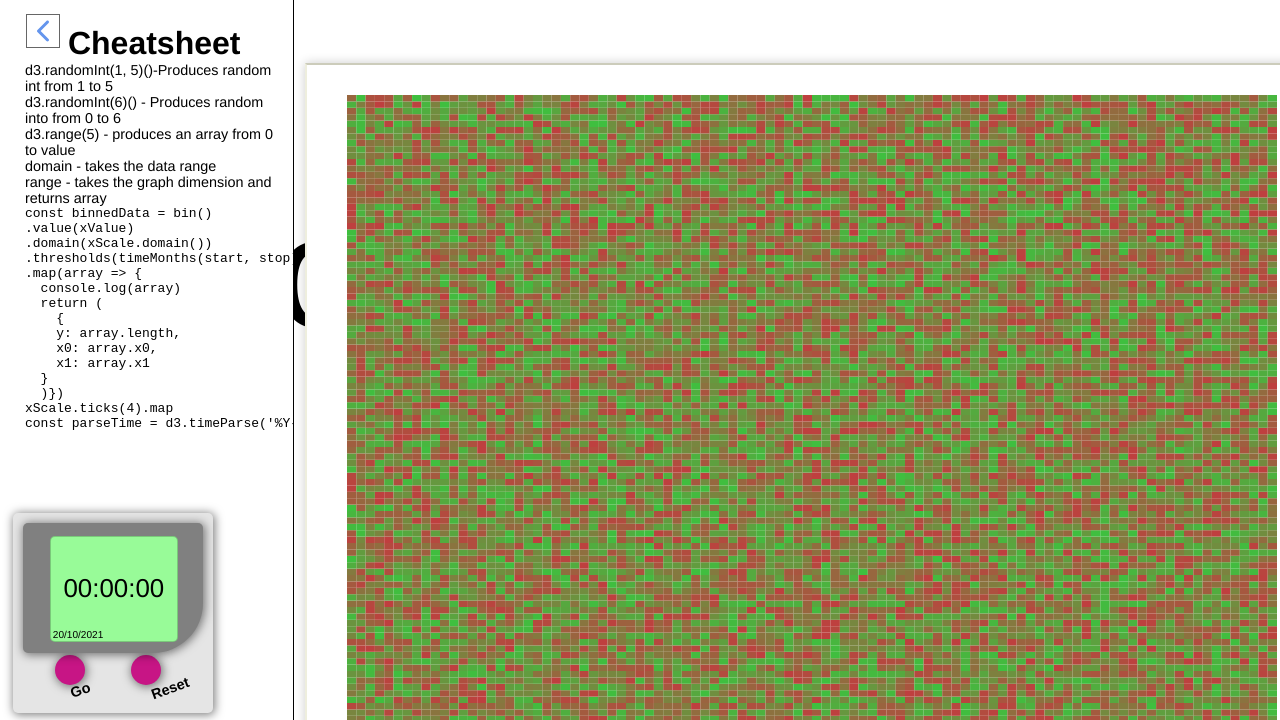
Repository: Lewisjohnward/100-days-of-d3
Page: /
An editor plug-in stored every save of this project. The page is shown before and after the next save, followed by the edit.
The browser window is 1280 px wide. The pictures show the whole page.
The page's requests for data from a server got no answer. The project was rebuilt for these pictures with package versions that can differ from the ones it lists, and the page was loaded fresh each time. No one was signed in, and anything a server would have sent is missing. Also part of the build but not shown: src/charts/chart1/styles.js, src/charts/chart1/Chart.js, src/charts/chart2/useGetData.js, src/charts/chart2/styles.js, src/charts/chart2/Chart.js, src/charts/chart3/useGetData.js, src/charts/chart3/styles.js, src/charts/chart3/Chart.js and 3 more.

Above is the page before, as saved 2021-10-20 16:56:23.

### src/App.js
import { useState } from "react";
import { IoIosArrowForward } from "react-icons/io";
import styled from "styled-components";
import { Chart1, Chart2, Chart3, Chart4, Chart5 } from "./charts/index.js";
import { Hello } from "./components/HelloD3";
import { Navbar } from "./components/Navbar.js";

const BodyContainer = styled.div`
  position: relative;
  z-index: 99;
  display: flex;
  height: ${({ height }) => height}px;
  overflow: hidden;
`;

const ChartGrid = styled.div`
  display: grid;
  overflow: scroll;
  grid-template-columns: repeat(3, 400px);
  grid-template-rows: repeat(2, 400px);
  justify-content: center;
  align-items: start;
  align-content: start;
  grid-gap: 0px;
  padding: 1%;
`;

const View = styled.div`
  width: 75%;
  padding: 1%;
`;

const Icon = styled(IoIosArrowForward)`
  position: absolute;
  bottom: 5%;
  right: 40%;
  font-size: 2em;
  transform: rotate(90deg);
  cursor: pointer;
  border: 1px solid black;
`;

const SingleView = styled.div``;

const height = window.innerHeight;

function App() {
  const [gridView, setGridView] = useState(false);
  return (
    <BodyContainer height={height}>
      <Hello />
      <Navbar />
      <View>
        {gridView ? (
          <ChartGrid>
            <Chart1 />
            <Chart2 />
            <Chart3 />
            <Chart4 />

          </ChartGrid>
        ) : (
          <SingleView>
            <Chart5 />
          </SingleView>
        )}
      </View>
      <Icon onClick={() => setGridView((prev) => !prev)} />
    </BodyContainer>
  );
}

export default App;

### src/index.css
*{
    margin: 0;
    padding: 0;
}

body {
    font-family: Helvetica, "Trebuchet MS", Verdana, sans-serif;
}

### src/charts/index.js
export { Test as Chart1} from "./chart1/Chart"
export { Chart as Chart2} from "./chart2/Chart"
export { Chart as Chart3} from "./chart3/Chart"
export { Chart as Chart4} from "./chart4/Chart"
export { Chart as Chart5} from "./chart5/Chart"

### src/components/HelloD3.js
import { useState } from "react";
import styled, { keyframes } from "styled-components";

const letterAnimation = keyframes`
    0% {transform: rotate(0deg);}
    20% {transform: rotate(-45deg);}
    100% {transform: rotate(-45deg);}
`;

const TextContainer = styled.div`
  position: absolute;
  top: 25%;
  display: flex;
  font-size: 10em;

`;

const LetterContainer = styled.div`
  &.fallanimation {
    transition: transform 1s;
    transform: translateY(942px);
  }

  p {
    font-weight: ${({bold}) => bold ? 600: 300};
    &.fallanimation {
      animation: ${letterAnimation} ease-out 1s forwards;
    }
  }
`;

const word = "Hello";
const d3 = "D3"
const d3Array = d3.split("");
const wordArray = word.split("");
const height = window.innerHeight;

export const Hello = () => {
  return (
    <TextContainer>
      {wordArray.map((d) => (
        <Letter letter={d} />
      ))}
      {d3Array.map((d) => (
        <Letter letter={d} bold={true}/>
      ))}
    </TextContainer>
  );
};

const Letter = ({ letter, bold}) => {
  const [visible, setVisible] = useState(true);

  const handleMouseEnter = () => {
    setVisible((prev) => !prev);
  };

  return (
    <LetterContainer className={!visible && "fallanimation"} height={height} bold={bold}>
      <p
        className={!visible && "fallanimation"}
        onMouseEnter={() => handleMouseEnter()}
      >
        {letter}
      </p>
    </LetterContainer>
  );
};

### src/components/Navbar.js
import { useState } from "react";
import styled from "styled-components";
import { TimerComponent as Timer } from "./Timer";
import { IoIosArrowBack, IoMdHelp } from "react-icons/io";

const NavContainer = styled.div`
  height: 100%;
  width: 25%;
  overflow: hidden;
  background: white;
  padding: 25px 10px 25px 25px;
  border-right: 1px solid black;
  > p {
    font-size: 0.9em;
  }

  &.open {
    transition: all 1s ease-in;
    transform: translateX(0px);
  }
  &.close {
    transition: all 1s ease-in;
    transform: translateX(-100%);
  }
`;

const Title = styled.div`
  font-size: 2em;
  font-weight: 700;
  text-align: center;
`;

const Icon = styled(IoMdHelp)`
  position: absolute;
  left: 2%;
  top: 2%;
  z-index: 1;
  font-size: 2em;
  color: cornflowerblue;
  cursor: pointer;
  border: 1px solid rgba(0, 0, 0, 0.6);
`;
const CloseIcon = styled(IoIosArrowBack)`
  position: absolute;
  left: 2%;
  top: 2%;
  z-index: 1;
  font-size: 2em;
  color: cornflowerblue;
  cursor: pointer;
  border: 1px solid rgba(0, 0, 0, 0.6);
`;

const code = `const binnedData = bin()
.value(xValue)
.domain(xScale.domain())
.thresholds(timeMonths(start, stop))(data)
.map(array => {
  console.log(array)
  return (
    {
    y: array.length,
    x0: array.x0,
    x1: array.x1
  }
  )})`;

export const Navbar = () => {
  const [visible, setVisible] = useState(true);
  return (
    <>
      {visible ? (
        <CloseIcon onClick={() => setVisible((prev) => !prev)} />
      ) : (
        <Icon onClick={() => setVisible((prev) => !prev)} />
      )}
      <NavContainer className={visible ? "open" : "close"}>
        <Title>Cheatsheet</Title>
        <p>d3.randomInt(1, 5)()-Produces random int from 1 to 5</p>
        <p>d3.randomInt(6)() - Produces random into from 0 to 6</p>
        <p>d3.range(5) - produces an array from 0 to value</p>
        <p>domain - takes the data range</p>
        <p>range - takes the graph dimension and returns array</p>
        <pre>
          <code>{code}</code>
        </pre>
        <pre>
          <code>xScale.ticks(4).map</code>
        </pre>
        <pre>
          <code>const parseTime = d3.timeParse('%Y-%m-%d');</code>
        </pre>
      </NavContainer>
      <Timer />
    </>
  );
};

### src/charts/chart5/Chart.js
import { useState } from "react";
import { useGetData } from "./useGetData";
import {
  randomInt,
  range,
  scaleLinear,
  scaleTime,
  max,
  bin,
  extent,
  timeMonths,
  sum,
  scaleBand,
  timeFormat,
} from "d3";
import {
  Frame,
  Svg,
  ChartContainer,
  Description,
  DescriptionContainer,
  Signature,
} from "./styles";

const margin = {
  top: 30,
  right: 30,
  bottom: 30,
  left: 40,
};

const height = 700;
const width = 1000;

const innerHeight = height - margin.top - margin.bottom;
const innerWidth = width - margin.left - margin.right;

const array = range(100);
const data = []
array.forEach((d, i) => {
  array.forEach((e, j) => {
    data.push({
      a:d,
      b:j,
      c: Math.floor(Math.random() * 100)
    })
  })
})
console.log(data)
const xValue = d => d.a
const yValue = d => d.b

const xScale = scaleBand()
  .domain(data.map(xValue))
  .range([0, innerWidth]);

  console.log(xScale(5))

const yScale = scaleBand()
  .domain(data.map(yValue))
  .range([innerHeight, 0]);

const colorScale = scaleLinear()
  .domain([0, max(data, d => d.c)])
  .range(["#3FBF3F", "#BF3F3F"])

export const Chart = () => {
  const data1 = useGetData()
  if (!data) {
    return null;
  }

  return (
    <Frame>
      <ChartContainer>
        <Svg height={height} width={width}>
          <g transform={`translate(${margin.left}, ${margin.top})`}>
            {data.map((d) => (
              <g transform={`translate(${xScale(xValue(d))}, ${yScale(yValue(d))})`}>
                <rect
                  height={yScale.bandwidth()}
                  width={xScale.bandwidth()}
                  fill={colorScale(d.c)}
                />
              </g>
            ))}
          </g>
        </Svg>

        <Frame small={"true"}>
          <DescriptionContainer>
            <Description>
              Number of lessons done per month on Italki
            </Description>
            <Description>Cumulative Bar Chart on SVG With D3</Description>
            <Signature>09/10/21 - L Ward</Signature>
          </DescriptionContainer>
        </Frame>
      </ChartContainer>
    </Frame>
  );
};

const Mark = ({ x, y, width, height, fill }) => {
  const [tooltipVisible, setToolTipVisible] = useState(false);

  return (
    <>
      <rect x={x} y={y} width={width} height={height} fill={fill} />
      {tooltipVisible && (
        <rect x={x + 10} y={y - 25} height={50} width={50} rx={5} />
      )}
    </>
  );
};

### src/components/Timer.js
import { useState, useEffect } from "react";
import styled, { keyframes } from "styled-components";

const Icon = styled.div`
  position: absolute;
  bottom: 1%;
  left: 1%;
  height: 200px;
  width: 200px;
  padding: 0px;
  margin: 0px;

  color: black;
  overflow: hidden;
  background: rgb(229, 229, 229);
  opacity: 1;
  text-shadow: none;
  font-weight: 300;
  font-size: 0.9em;
  box-shadow: 1px 1px 10px 1px rgba(0, 0, 0, 0.5);
  border-radius: 5px;
`;

const Container = styled.div`
  height: 100%;
  width: 100%;
  display: flex;
  flex-direction: column;
  justify-content: center;
  align-items: center;
`;

const Timer = styled.div`
  position: relative;
  background: gray;
  height: 65%;
  width: 90%;
  border-radius: 5px 5px 50px 5px;
  box-shadow: 1px 1px 10px 1px rgba(0, 0, 0, 0.5);
`;

const TimerContainer = styled.div`
  position: absolute;
  top: 10%;
  left: 15%;
  height: 80%;
  width: 70%;
  display: flex;
  justify-content: center;
  align-items: center;

  background: palegreen;
  border-radius: 5px;
  border: 1px solid rgba(0, 0, 0, 0.2);
  font-size: 1.8em;
`;

const ButtonContainer = styled.div`
  height: 25%;
  width: 80%;
  display: flex;

  flex-direction: row;
  justify-content: space-around;
  align-items: center;
`;

const Start_StopContainer = styled.div`
  display: flex;
  align-items: center;
  justify-content: center;
  background: mediumvioletred;
  width: 30px;
  height: 30px;
  border-radius: 100%;
  box-shadow: 1px 1px 10px 1px rgba(0, 0, 0, 0.5);
  font-size: 1.2em;
  font-weight: 800;
  cursor: pointer;

  &:active {
    transition: transform 0.1s box-shadow 0.1s;
    transform: translateY(10%);
  }
`;

const ButtonDiv = styled.div`
  font-weight: 600;

  p {
    transform: translate(50%, -30%) rotate(-20deg);
  }
`;

const DateContainer = styled.div`
  position: absolute;
  top: 58%;
  left: 20%;
  font-size: 0.7em;
  text-decoration: italic;

  .today {
    right: 0%;
  }
`;

export const TimerComponent = ({ grid }) => {
  const [seconds, setSeconds] = useState(0);
  const [active, setActive] = useState(false);

  useEffect(() => {
    const seconds = parseInt(localStorage.getItem("seconds-d3")) || 0;
    const active = localStorage.getItem("state-d3") || false;
    setActive(active);
    setSeconds(seconds);
  }, []);

  useEffect(() => {
    if (active) {
      setTimeout(() => {
        setSeconds((prev) => prev + 1);
      }, 1000);
    }
    localStorage.setItem("seconds-d3", seconds);
    localStorage.setItem("state-d3", active);
  }, [active, seconds]);

  function secondsToTime(e) {
    var h = Math.floor(e / 3600)
        .toString()
        .padStart(2, "0"),
      m = Math.floor((e % 3600) / 60)
        .toString()
        .padStart(2, "0"),
      s = Math.floor(e % 60)
        .toString()
        .padStart(2, "0");

    return h + ":" + m + ":" + s;
    //return `${h}:${m}:${s}`;
  }

  return (
    <Icon className={`icon`}>
      <Container>
        <Timer>
          <TimerContainer>{secondsToTime(seconds)}</TimerContainer>
        </Timer>
        <DateContainer>20/10/2021</DateContainer>

        <ButtonContainer>
          <ButtonDiv>
            <Start_StopContainer
              onClick={() => {
                if (!active) {
                  setActive(true);
                }
              }}
            />
            <p>Go</p>
          </ButtonDiv>
          {active ? (
            <ButtonDiv>
              <Start_StopContainer onClick={() => setActive(false)} />
              <p>Stop</p>
            </ButtonDiv>
          ) : (
            <ButtonDiv>
              <Start_StopContainer onClick={() => setSeconds(0)} />
              <p>Reset</p>
            </ButtonDiv>
          )}
        </ButtonContainer>
      </Container>
    </Icon>
  );
};

### src/charts/chart5/useGetData.js
import {useState, useEffect} from "react"
import {json} from "d3"


const url = "https://gist.githubusercontent.com/Lewisjohnward/a6ea968550aa733753f18098e021eee9/raw/a7d7bc30ded4badc5126c4351be03570ce688ce1/scheletri-words.json"
export const useGetData = () => {
    const [data, setData] = useState(null)

    useEffect(() => {
        const row = d => {

            return d
        }

        json(url, row).then(setData)
    }, [])


    return data
}

### src/charts/chart5/styles.js
import styled from "styled-components";

export const Frame = styled.div`
  height: ${({ small }) => (small ? "50px" : "900px")};
  width: ${({ small }) => (small ? "250px" : "1000px")};
  margin: auto;
`;

export const ChartContainer = styled.div`
position: relative;
z-index: 999;
  display: flex;
  flex-direction: column;
  justify-content: space-around;
  align-items: center;
  height: 100%;
  width: 100%;
  padding: 5% 1%;
  box-sizing: border-box;
`;

export const Svg = styled.svg`
  height: ${({ height }) => height}px;
  width: ${({ width }) => width}px;
  background: white;
  box-shadow: 0px 0px 10px 0px rgba(0, 0, 0, 0.2);
  border: solid 2px;
  border-bottom-color: #ffe;
  border-left-color: #eed;
  border-right-color: #eed;
  border-top-color: #ccb;
  font-size: 0.7em;

  line {
    stroke: gray;
    opacity: 0.6;
    shape-rendering: crispEdges;
  }

  text {
    font-style: italic;
    fill: gray;
  }

  .rect {
    fill: seagreen;

    .five{
    fill : crimson;
  }
  }


`;

export const DescriptionContainer = styled.div`
  box-sizing: border-box;
  display: flex;
  flex-direction: column;
  justify-content: space-between;
  width: 100%;
  height: 100%;
  box-shadow: 0px 0px 10px 0px rgba(0, 0, 0, 0.2);
  background: white;
`;

export const Description = styled.p`
  text-align: left;
  font-size: 0.7em;
`;

export const Signature = styled.p`
  text-align: left;
  font-style: italic;
  font-size: 0.6em;
`;

Loaded but not shown: public/index.html (common file); src/index.js (common file)

After the next save:
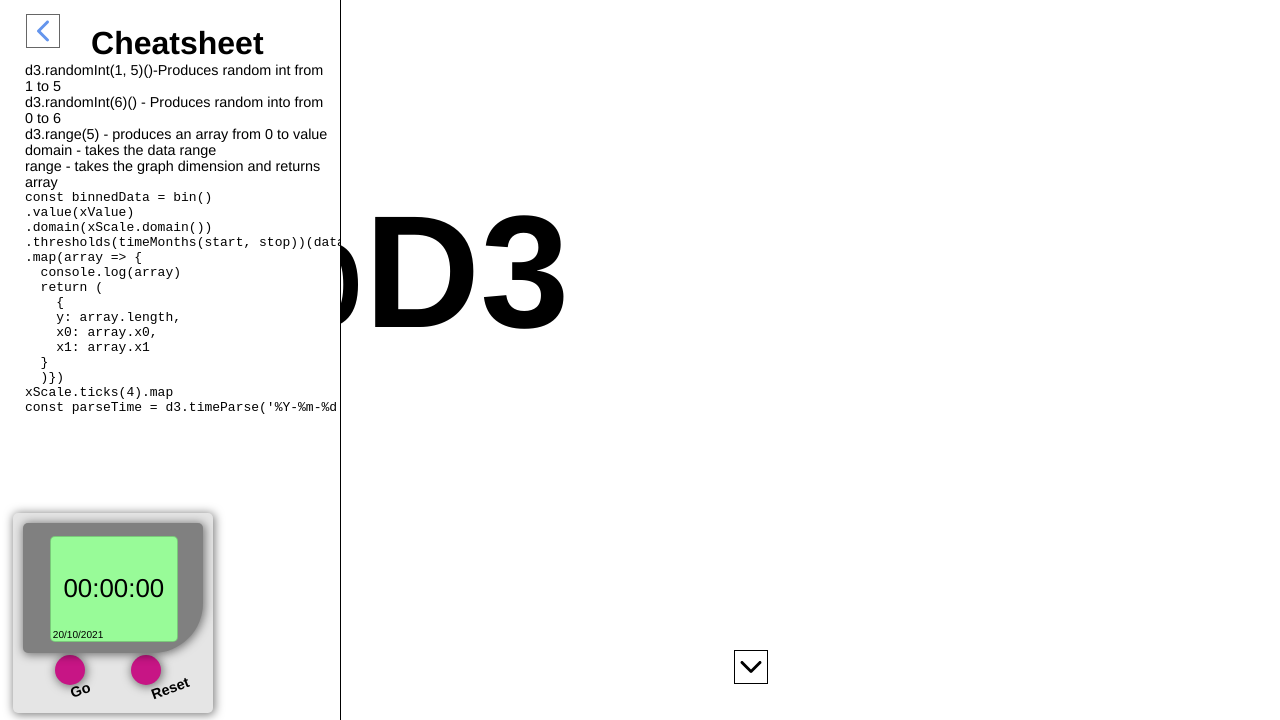
Saved 9 s later.
--- a/src/charts/chart5/Chart.js
+++ b/src/charts/chart5/Chart.js
@@ -66,9 +66,10 @@
 
 export const Chart = () => {
   const data1 = useGetData()
-  if (!data) {
+  if (!data1) {
     return null;
   }
+  console.log(data1)
 
   return (
     <Frame>
